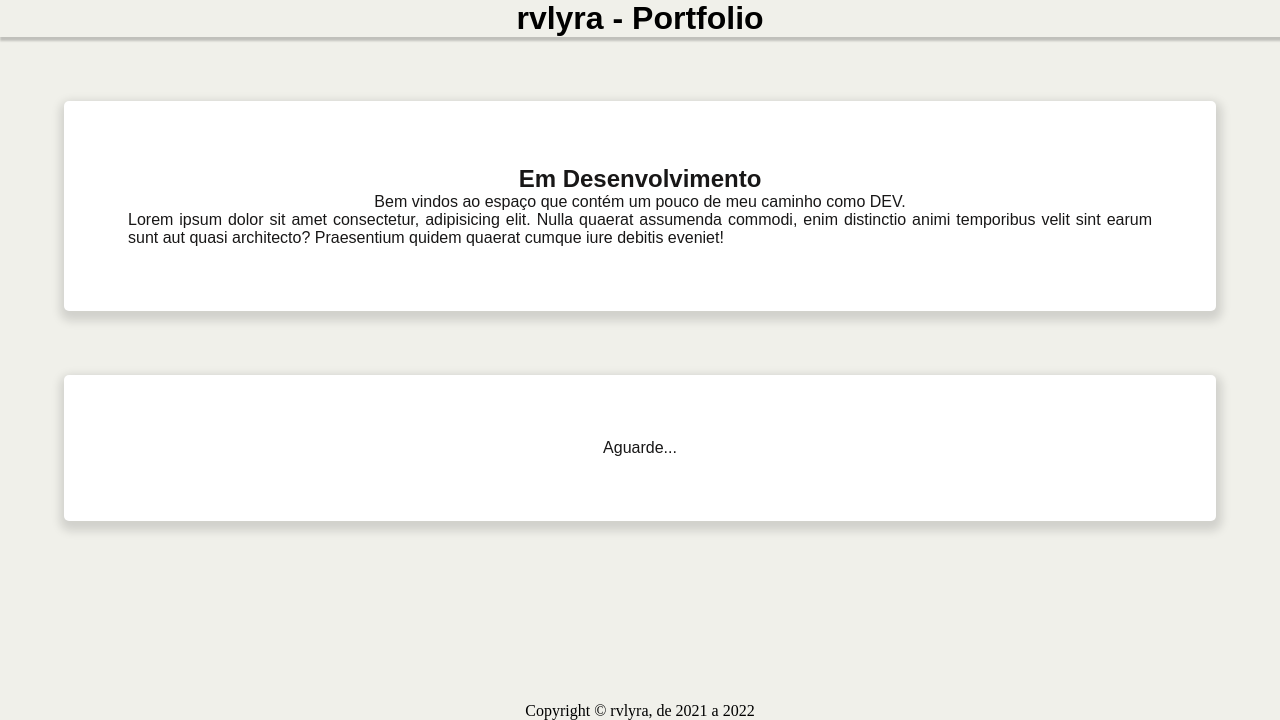
Repository: rvlyra/splash-screen-rvlyra
Page: Portfolio-RVLYRA/public/index.html
The author's editor kept a copy of each file at every save. The page is drawn from the files as they stood at one save, then again after the next save.
The browser window is 1280 px wide. The pictures show the whole page.
Some web fonts or font styles are not loaded; a fallback is used.

Above is the page before, as saved 2022-07-06 09:43:35.

### Portfolio-RVLYRA/public/index.html
<!DOCTYPE html>
<html lang="en">
<head>
    <meta charset="UTF-8">
    <meta http-equiv="X-UA-Compatible" content="IE=edge">
    <meta name="viewport" content="width=device-width, initial-scale=1.0">
    <link rel="stylesheet" href="../assets/src/css/rl.main.css">
    <title>rvlyra @ Portfolio</title>
</head>
<body>
    <main>

        <header class="header">
            <h1>rvlyra - Portfolio</h1>
        </header>

        <section class="sec-one">
            <h2>Em Desenvolvimento</h2>
            <p>Bem vindos ao espaço que contém um pouco de meu caminho como DEV.</p>
            <p>Lorem ipsum dolor sit amet consectetur, adipisicing elit. Nulla quaerat assumenda commodi, enim distinctio animi temporibus velit sint earum sunt aut quasi architecto? Praesentium quidem quaerat cumque iure debitis eveniet!</p>
        </section>
        <section>
            Aguarde...
        </section>



        <footer class="footer">
            <p>Copyright © rvlyra, de 2021 a <span id="ano"></span></p>
        </footer>

    </main>

      <script src="../assets/src/js/rl.main.js"></script>
</body>
</html>

### Portfolio-RVLYRA/assets/src/css/rl.main.css
@import url('https://fonts.googleapis.com/css2?family=Mingzat&display=swap');

* {
    margin: 0;
    padding: 0;
    box-sizing: border-box;
}

.header {
    font-family: 'Mingzat', sans-serif;
    display:flex;
    justify-content:center;
    align-items:center;
    box-shadow: 2px 2px 2px 2px rgba(0, 0, 0, 0.2);
}

main {
    background-color: rgb(240, 240, 234);
    width:100vw;
    height:100vh;
}

section {
    font-family: 'Mingzat', sans-serif;
    display:flex;
    justify-content:space-evenly;
    align-items:center;
    flex-direction: column;
    color: rgb(24, 23, 23);
    text-align: justify;
    margin: 5%;
    padding: 5%;
    border-radius: 5px;
    box-shadow: 1px 5px 10px 5px rgba(0, 0, 0, 0.13);

    background-color:rgb(255, 255, 255);

}

.footer {
    width: 100%;
    bottom: 0;
    position: fixed;
    text-align: center;
}

### Portfolio-RVLYRA/assets/src/js/rl.main.js
const ano = document.getElementById("ano");
const anoAtual = new Date();
ano.innerHTML = anoAtual.getFullYear();

After the next save:
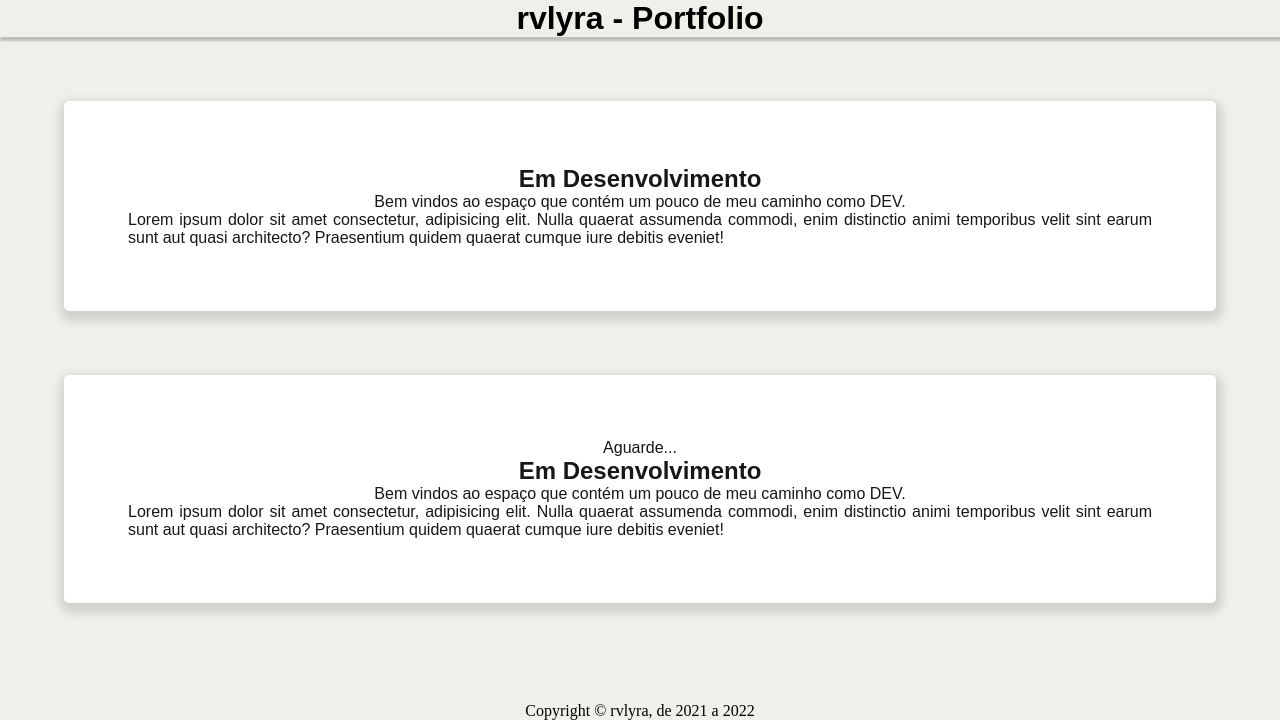
Saved 27 s later.
--- a/Portfolio-RVLYRA/public/index.html
+++ b/Portfolio-RVLYRA/public/index.html
@@ -21,6 +21,9 @@
         </section>
         <section>
             Aguarde...
+            <h2>Em Desenvolvimento</h2>
+            <p>Bem vindos ao espaço que contém um pouco de meu caminho como DEV.</p>
+            <p>Lorem ipsum dolor sit amet consectetur, adipisicing elit. Nulla quaerat assumenda commodi, enim distinctio animi temporibus velit sint earum sunt aut quasi architecto? Praesentium quidem quaerat cumque iure debitis eveniet!</p>
         </section>
 
 

After the 2 saves that followed:
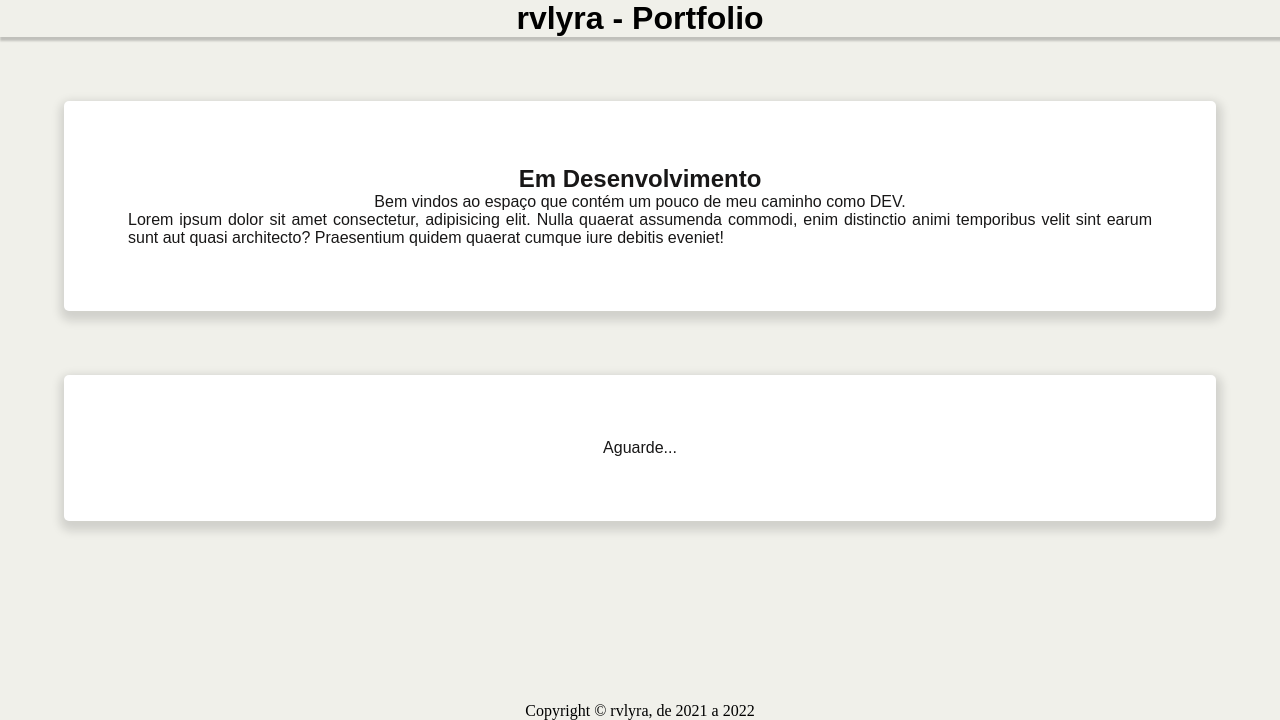
The 2 saves are shown as one change because 1 left the picture as it was.
The last was saved 22 s later.
--- a/Portfolio-RVLYRA/public/index.html
+++ b/Portfolio-RVLYRA/public/index.html
@@ -21,9 +21,7 @@
         </section>
         <section>
             Aguarde...
-            <h2>Em Desenvolvimento</h2>
-            <p>Bem vindos ao espaço que contém um pouco de meu caminho como DEV.</p>
-            <p>Lorem ipsum dolor sit amet consectetur, adipisicing elit. Nulla quaerat assumenda commodi, enim distinctio animi temporibus velit sint earum sunt aut quasi architecto? Praesentium quidem quaerat cumque iure debitis eveniet!</p>
+
         </section>
 
 
